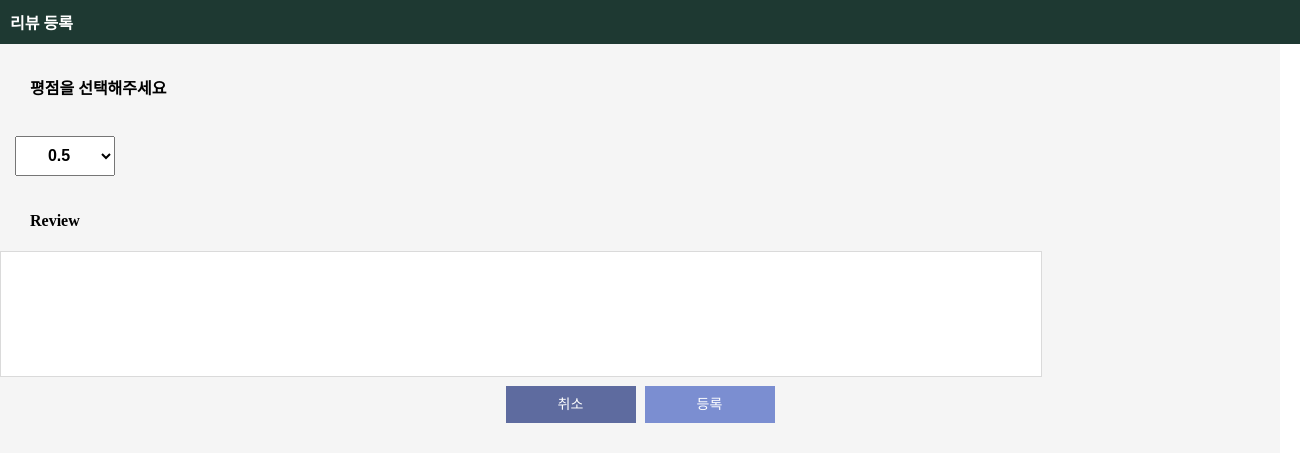
Repository: KimYoungHwans/Yproject
Page: http://localhost/Yproject/WEB-INF/views/replyEnroll.jsp
The author's editor kept a copy of each file at every save. The page is drawn from the files as they stood at one save, then again after the next save.
The browser window is 1280 px wide. The page is 1300 px wide, so the pictures cover 1300 px, including what lies to the right of the window. The pictures show the whole page.
The page is served by Tomcat 9. Nobody is signed in. Other server files are loaded and not shown. The template is opened directly, without the code that normally fills it, so the values that code supplies are empty.

Above is the page before, as saved 2023-01-18 07:15:22.

### workspace/Yproject/src/main/webapp/WEB-INF/views/replyEnroll.jsp
<%@ page language="java" contentType="text/html; charset=UTF-8"
    pageEncoding="UTF-8"%>
<!DOCTYPE html>
<html>
<head>
<meta charset="UTF-8">
<title>Insert title here</title>

<script
  src="https://code.jquery.com/jquery-3.4.1.js"
  integrity="sha256-WpOohJOqMqqyKL9FccASB9O0KwACQJpFTUBLTYOVvVU="
  crossorigin="anonymous"></script>

   <style type="text/css">
  	/* 창 여분 없애기 */
  	body{
  		margin : 0;
  	}
  	/* 전체 배경화면 색상 */
  	.wrapper_div{
		background-color: #f5f5f5;
	    height: 100%;
  	}
 	/* 팝업창 제목 */
  	.subject_div{
	    width: 100%;
	    background-color: #1E3932;
	    color: white;
	    padding: 10px;
	    font-weight: bold;
  	}

  	/* 컨텐츠, 버튼 영역 padding */
  	.input_wrap{
  		padding: 30px;
  	}
  	.btn_wrap{
  		padding: 5px 30px 30px 30px;
  		text-align: center;
  	}

  	/* 버튼 영역 */
  	.cancle_btn{
  		margin-right:5px;
  	    display: inline-block;
	    width: 130px;
	    background-color: #5e6b9f;
	    padding-top: 10px;
	    height: 27px;
	    color: #fff;
	    font-size: 14px;
	    line-height: 18px;
  	}
  	.enroll_btn{
   	    display: inline-block;
	    width: 130px;
	    background-color: #7b8ed1;
	    padding-top: 10px;
	    height: 27px;
	    color: #fff;
	    font-size: 14px;
	    line-height: 18px;
  	}

	/* 상품제목 영역 */
	.productName_div h2{
		margin : 0;
	}
  	/* 평점 영역 */
  	.rating_div{
  		padding-top: 10px;
  	}
  	.rating_div h4{
  		margin-left: 30px;
  	}
  	select{
  	margin: 15px;
    width: 100px;
    height: 40px;
    text-align: center;
    font-size: 16px;
    font-weight: 600;
  	}
  	/* 리뷰 작성 영역 */
  	.content_div{

  	}
  	.content_div h4{
  		margin-left : 30px;
  	}
  	textarea{
		width: 80%;
	    height: 100px;
	    border: 1px solid #dadada;
	    padding: 12px 8px 12px 8px;
	    font-size: 15px;
	    color: #a9a9a9;
	    resize: none;
	   text-align: center;

  	}

  </style>
</head>
<body>

	<div class="wrapper_div">
		<div class="subject_div">
			리뷰 등록
		</div>

		<div class="rating_div">
			<h4> 평점을 선택해주세요 </h4>
				<select name="rating">
					<option value="0.5">0.5</option>
					<option value="1.0">1.0</option>
					<option value="1.5">1.5</option>
					<option value="2.0">2.0</option>
					<option value="2.5">2.5</option>
					<option value="3.0">3.0</option>
					<option value="3.5">3.5</option>
					<option value="4.0">4.0</option>
					<option value="4.5">4.5</option>
					<option value="5.0">5.0</option>
				</select>
		</div>
		<div class="content_div">
			<h4>Review</h4>
			<textarea name="content"></textarea>
		</div>

		<div class="btn_wrap">
			<a class="cancle_btn">취소</a>
			<a class="enroll_btn">등록</a>
		</div>

	</div>


	<script>

	//취소 버튼
	$(".cancle_btn").on("click", function(e){

		window.close();
	});


	//등록 버튼
	$(".enroll_btn").on("click",function(e){

		const productId = '${productIntro.productId}';
		const memberId = '${memberId}';
		const rating = $("select").val();
		const content = $("textarea").val();

		const data = {
				productId : productId,
				memberId : memberId,
				rating : rating,
				content : content
		}

		$.ajax({
			data : data,
			type : 'POST',
			url : '/reply/enroll',
			success : function(result){

				//댓글 초기화 후 팝업 창 닫아주기
				$(opener.location).attr("href", "javascript:replyListInit();");
				window.close();

			}

		});
	});

	</script>

</body>
</html>

After the next save:
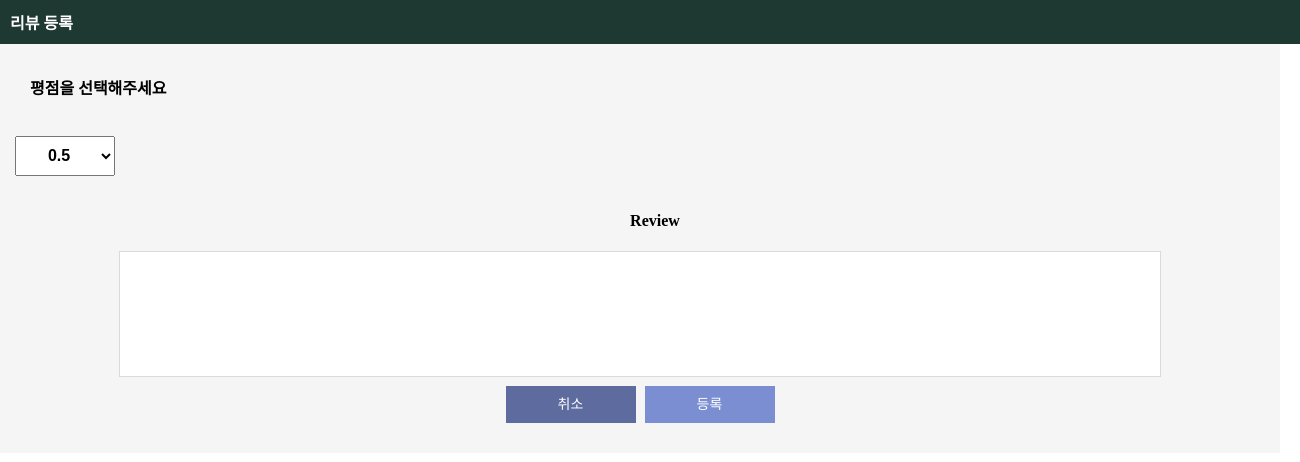
Saved 12 s later.
--- a/workspace/Yproject/src/main/webapp/WEB-INF/views/replyEnroll.jsp
+++ b/workspace/Yproject/src/main/webapp/WEB-INF/views/replyEnroll.jsp
@@ -83,7 +83,7 @@
   	}
   	/* 리뷰 작성 영역 */
   	.content_div{
-
+  		 text-align: center;
   	}
   	.content_div h4{
   		margin-left : 30px;
@@ -96,7 +96,7 @@
 	    font-size: 15px;
 	    color: #a9a9a9;
 	    resize: none;
-	   text-align: center;
+
 
   	}
 
